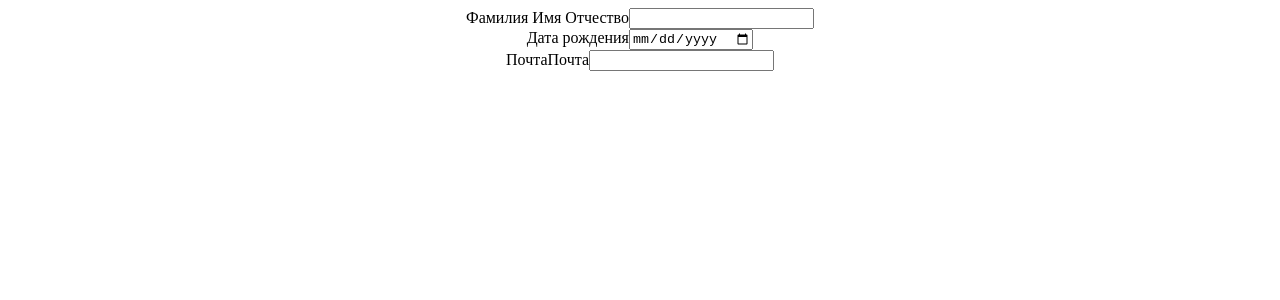
Repository: asya-aisa/test-work
Page: /
The author's editor kept a copy of each file at every save. The page is drawn from the files as they stood at one save, then again after the next save.
The browser window is 1280 px wide. The pictures show the whole page.
The project was rebuilt for these pictures with package versions that can differ from the ones it lists, and the page was loaded fresh each time.

Above is the page before, as saved 2023-07-19 22:21:12.

### src/App.js

import './App.css';
import { InfoPartOne } from './InfoPartOne';

function App() {
  return (
    <div className="App">
      <InfoPartOne />
    </div>
  );
}

export default App;

### src/InfoPartOne.js
import { Component } from "react";

export class InfoPartOne extends Component {
    state = {
        inputBirthday: '',
        textIfUnder18: ''
    }

    onChangeEventBirthday(e) {
        this.setState({inputBirthday: e})

        let date18ago = new Date();
        date18ago.setFullYear(date18ago.getFullYear() - 18);

        let userDate = new Date(e);

        if(userDate > date18ago) {
            this.setState({textIfUnder18: 'нельзя подписать договор, если вам меньше 18 лет'})
        }
        else {
            this.setState({textIfUnder18: ''})
        }
    }


    render() {
        return (
            <div>
                <div>
                <label>Фамилия Имя Отчество</label>
                <input type="text" pattern="a-zа-я" />
                </div>

                <div>
                <label>Дата рождения</label>
                <input type="date"
                onChange={(e) => {this.onChangeEventBirthday(e.target.value)}}
                value={this.state.inputBirthday}/>
                <label>{this.state.textIfUnder18}</label>
                </div>
                <div>
                    <label>Почта</label>
                    <label>Почта</label>
                    <input type="email" required=""  />
                </div>

            </div>
        )
    }
}

Loaded but not shown: public/index.html (common file); src/index.js (common file); src/reportWebVitals.js (common file); src/App.css (common file)

After the next save:
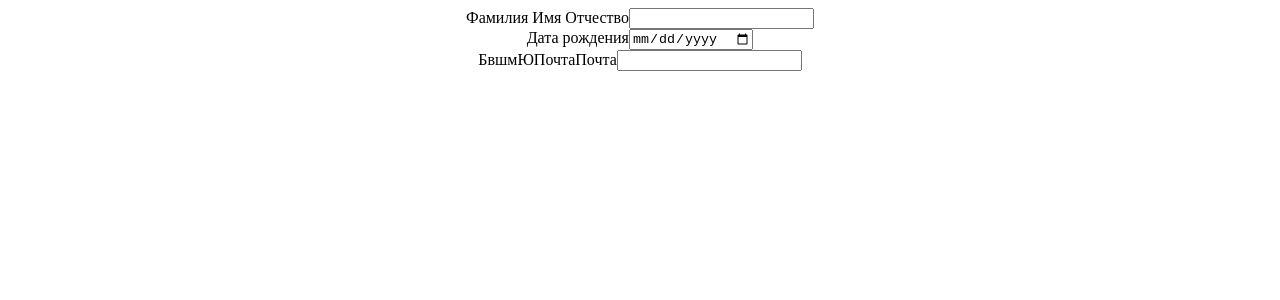
Saved 24 s later.
--- a/src/InfoPartOne.js
+++ b/src/InfoPartOne.js
@@ -39,6 +39,7 @@
                 <label>{this.state.textIfUnder18}</label>
                 </div>
                 <div>
+                    БвшмЮ
                     <label>Почта</label>
                     <label>Почта</label>
                     <input type="email" required=""  />

After the save that followed:
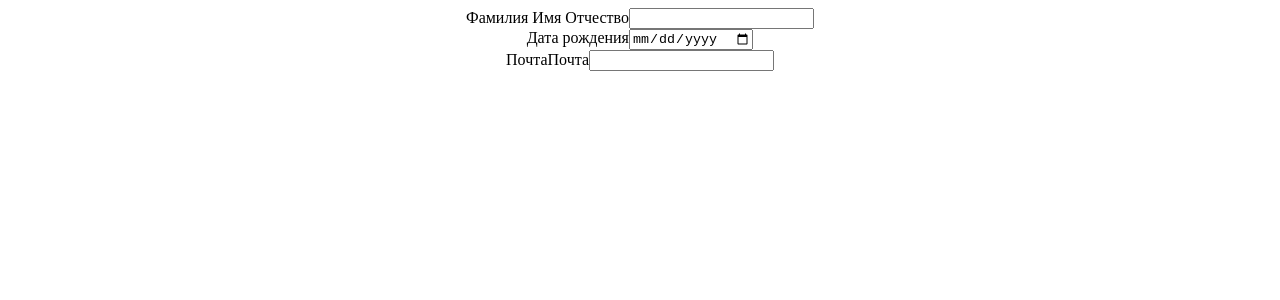
Saved 5 s later.
--- a/src/InfoPartOne.js
+++ b/src/InfoPartOne.js
@@ -39,7 +39,9 @@
                 <label>{this.state.textIfUnder18}</label>
                 </div>
                 <div>
-                    БвшмЮ
+                    <div>
+
+                    </div>
                     <label>Почта</label>
                     <label>Почта</label>
                     <input type="email" required=""  />
